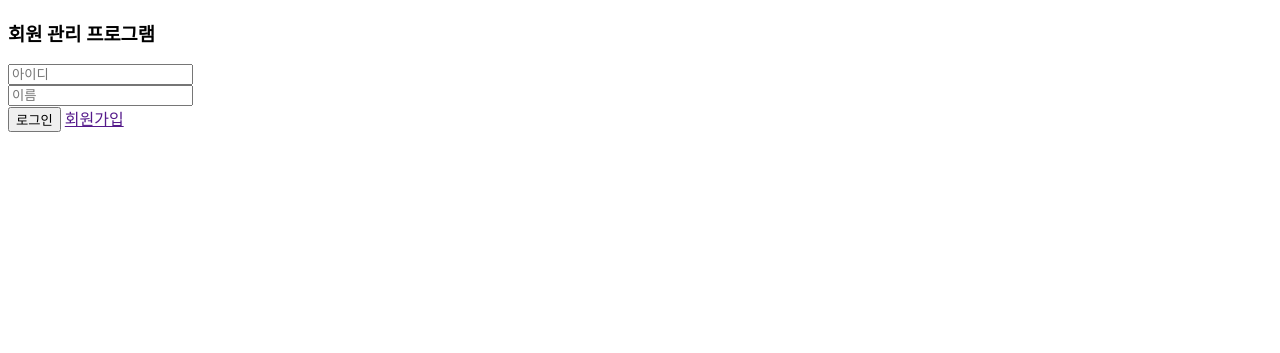
Repository: yangchunsick/JSPstudy
Page: http://localhost/ServerProgram/views/login.jsp
These files come from the project's save history. The page is drawn as it stood at one moment and after the next save; the edit follows.
The browser window is 1280 px wide. The pictures show the whole page.
The page is served by Tomcat 9.

Above is the page before, as saved 2021-11-16 06:38:27.

After the next save:
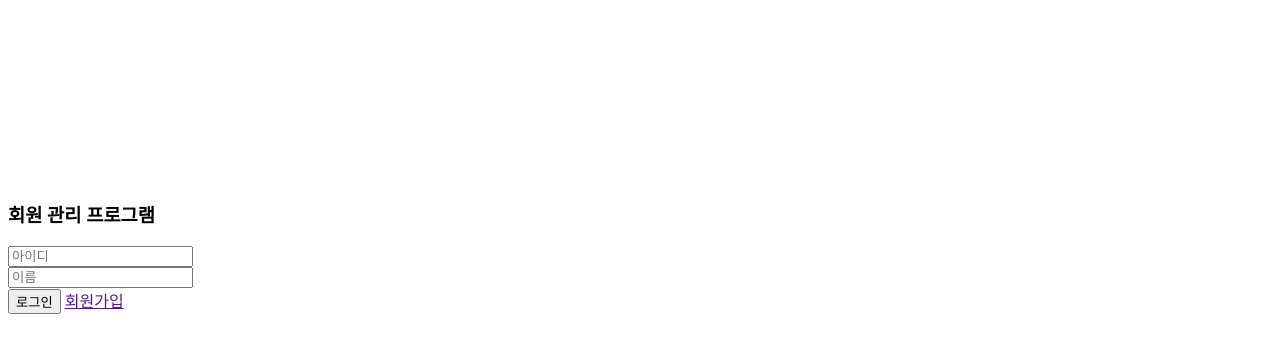
Saved 65 s later.
--- a/worksapce/ServerProgram/WebContent/views/login.jsp
+++ b/worksapce/ServerProgram/WebContent/views/login.jsp
@@ -7,7 +7,7 @@
 <title>Insert title here</title>
 <style>
 	.wrap{
-		margin: 0 auto;
+		margin: 200px auto;
 	}
 </style>
 </head>

After the save that followed:
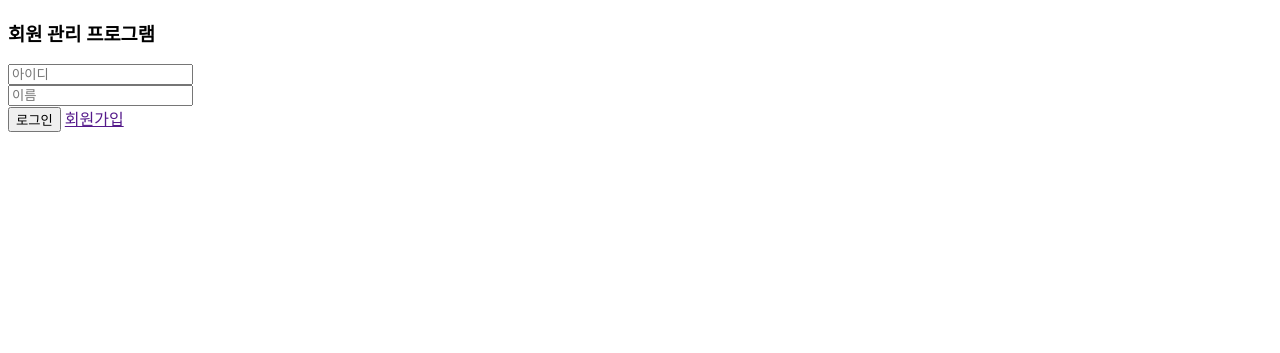
Saved 5 s later.
--- a/worksapce/ServerProgram/WebContent/views/login.jsp
+++ b/worksapce/ServerProgram/WebContent/views/login.jsp
@@ -7,7 +7,7 @@
 <title>Insert title here</title>
 <style>
 	.wrap{
-		margin: 200px auto;
+		margin: 0 auto;
 	}
 </style>
 </head>
